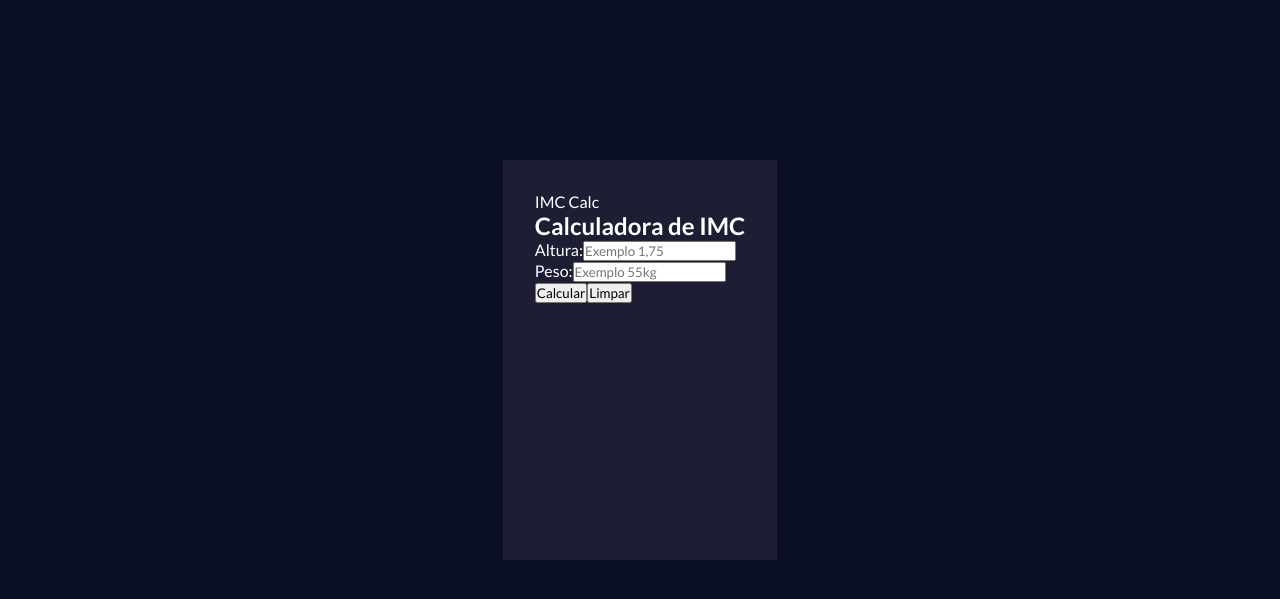
Repository: Bitroia/imc-calc-react
Page: / (app in imc/imc-calc/)
An editor plug-in stored every save of this project. The page is shown before and after a run of saves, followed by the edit.
The browser window is 1280 px wide. The pictures show the whole page.
The project was rebuilt for these pictures with package versions that can differ from the ones it lists, and the page was loaded fresh each time. Also part of the build but not shown: imc/imc-calc/vite.config.js.

Above is the page before, as saved 2026-05-26 18:43:20.

After the next 2 saves:
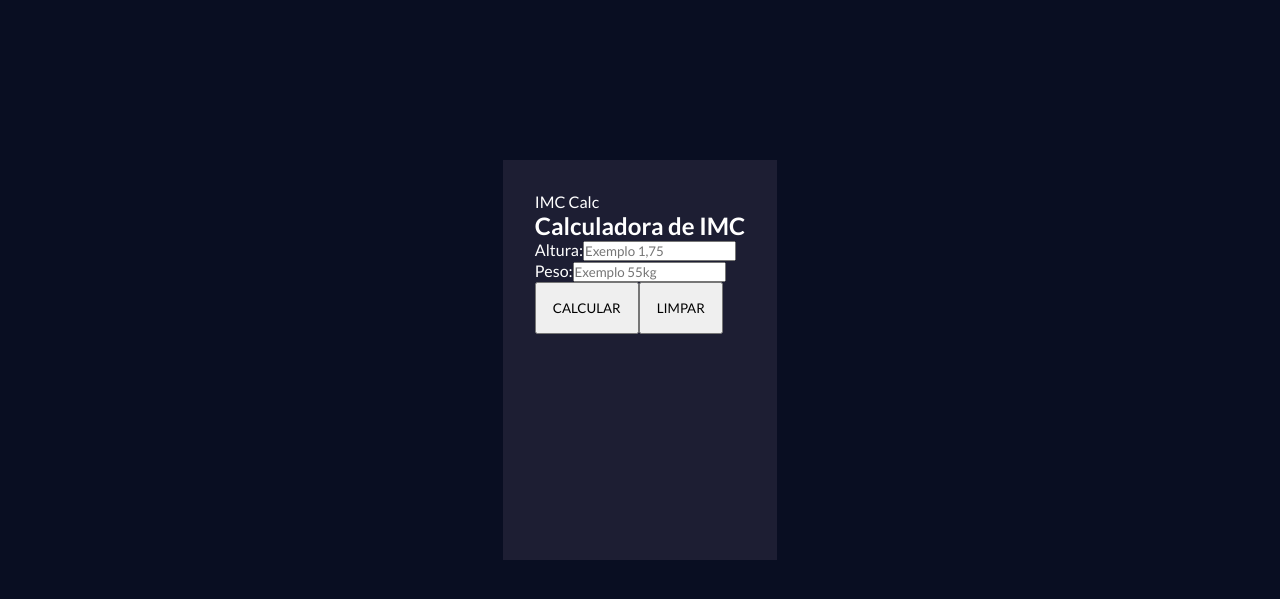
The 2 saves are shown as one change because they came seconds apart.
The last was saved 8 s later.
--- a/imc/imc-calc/src/components/Button.css
+++ b/imc/imc-calc/src/components/Button.css
@@ -1,3 +1,4 @@
 button{
-    text-transform: ;
+    text-transform: uppercase;
+    padding: 1rem;
 }
